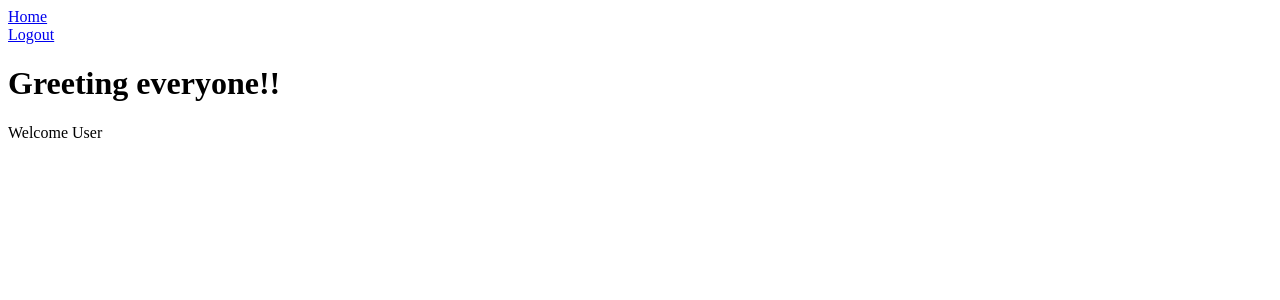
Repository: shalini06mittal/SynechronSpringBootMS
Page: http://localhost/SpringWebMVCDemo/welcome.jsp
These files come from the project's save history. The page is drawn as it stood at one moment and after the next save; the edit follows.
The browser window is 1280 px wide. The pictures show the whole page.
The page is served by Tomcat 9.

Above is the page before, as saved 2023-12-04 08:47:40.

After the next save:
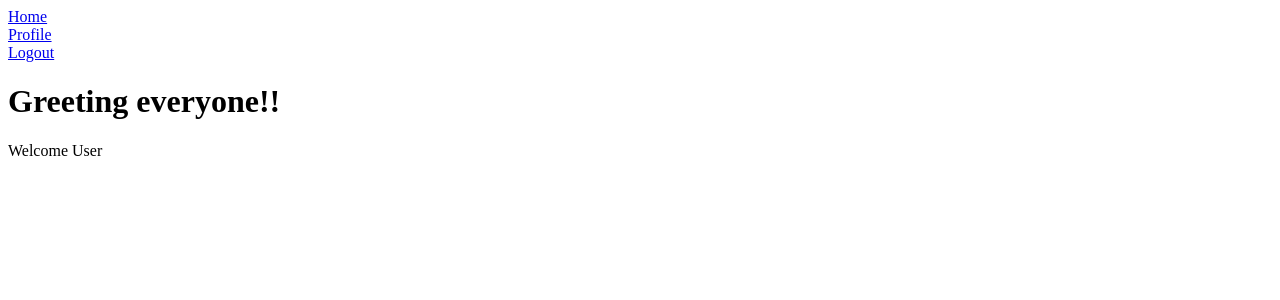
Saved 15 s later.
--- a/SpringWebMVCDemo/src/main/webapp/welcome.jsp
+++ b/SpringWebMVCDemo/src/main/webapp/welcome.jsp
@@ -11,6 +11,9 @@
 	<a href="index.jsp">Home</a>
 </div>
 <div>
+	<a href="profile">Profile</a>
+</div>
+<div>
 	<a href="logout">Logout</a>
 </div>
 
